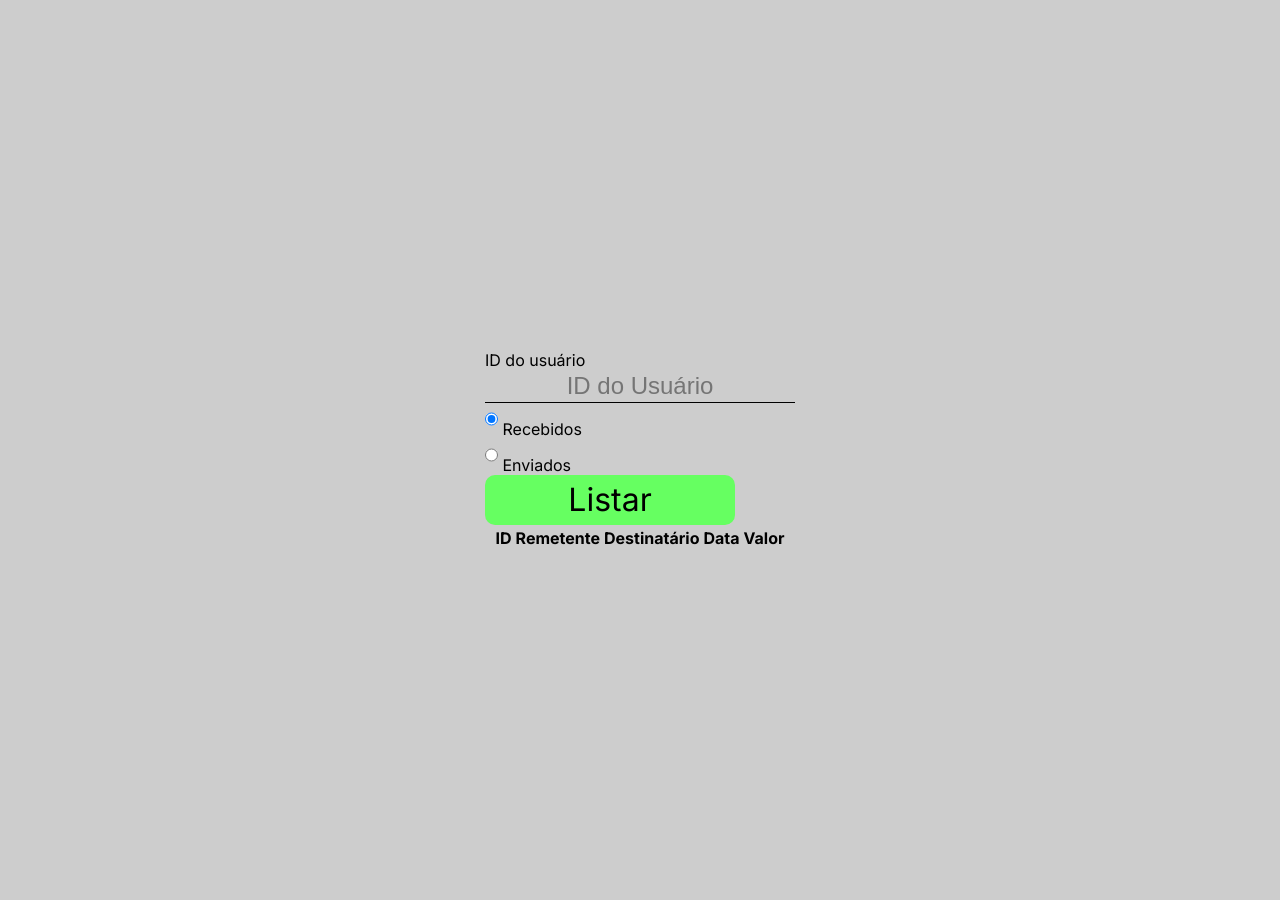
Repository: mateusilva8/tarefa-pix
Page: frontend/index.html
The author's editor kept a copy of each file at every save. The page is drawn from the files as they stood at one save, then again after the next save.
The browser window is 1280 px wide. The pictures show the whole page.

Above is the page before, as saved 2023-10-22 14:44:13.

After the next save:
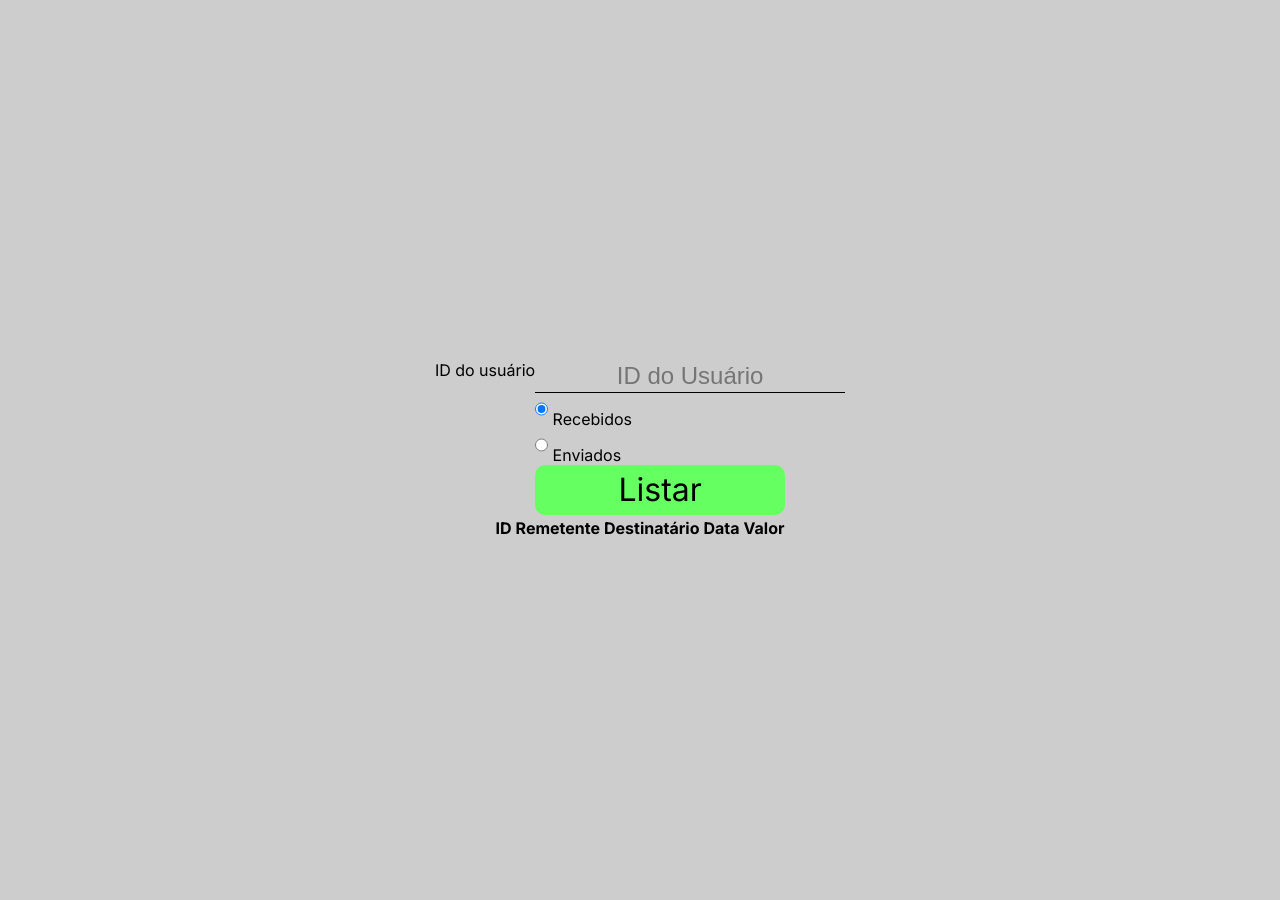
Saved 46 s later.
--- a/frontend/css/index.css
+++ b/frontend/css/index.css
@@ -15,11 +15,10 @@ body {
     align-items: center;
 }
 
-
-
-
-
-
+.formulario {
+    display: flex;
+    flex-direction: row;
+}
 
 input[type=number]::-webkit-inner-spin-button,
     input[type=number]::-webkit-outer-spin-button {
